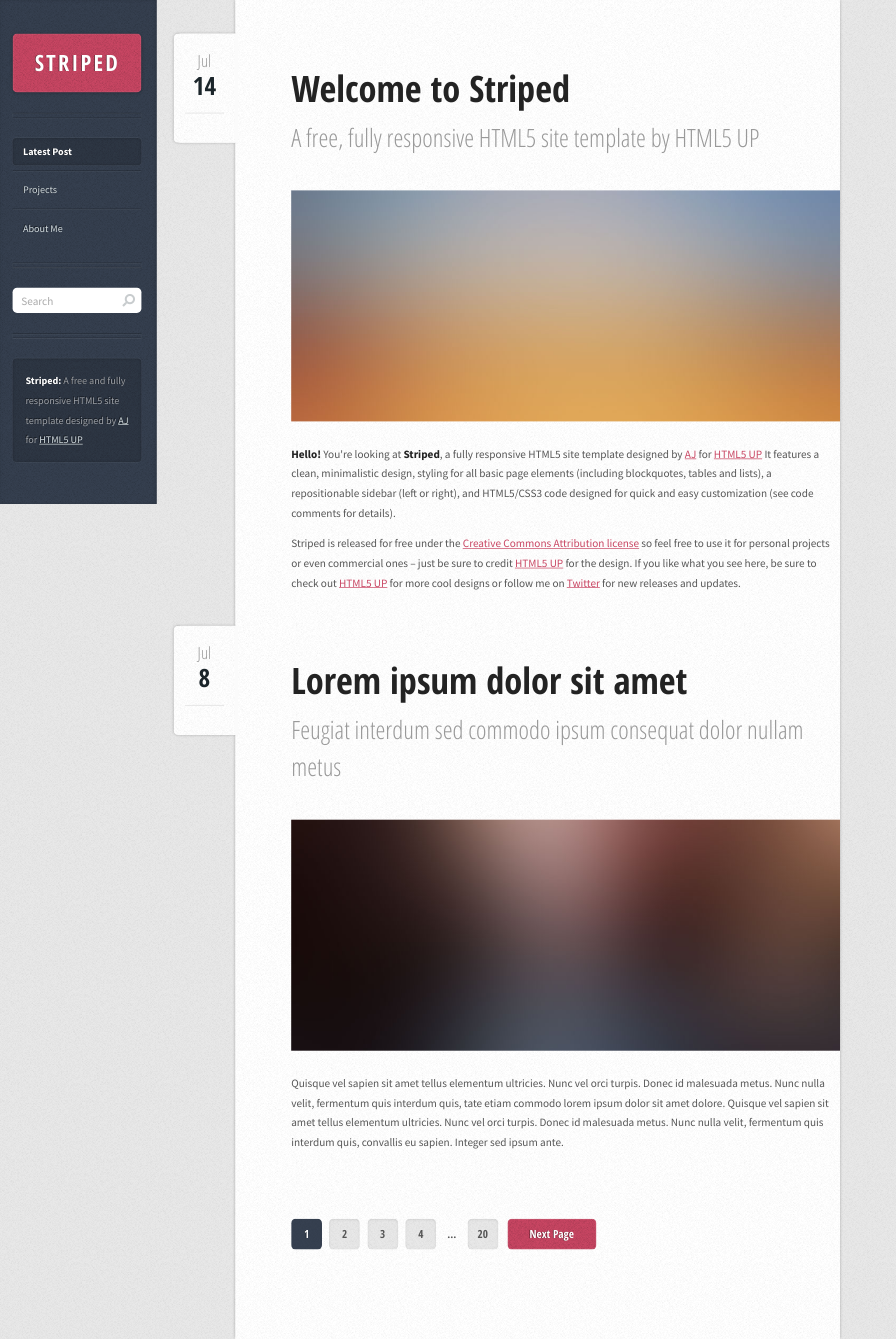
Repository: PiKesi522/PiKesi522.github.io
Page: index.html
An editor plug-in stored every save of this project. The page is shown before and after the next save, followed by the edit.
The browser window is 1280 px wide. The pictures show the whole page, at 70% of full size.

Above is the page before, as saved 2023-04-10 19:28:01.

After the next save:
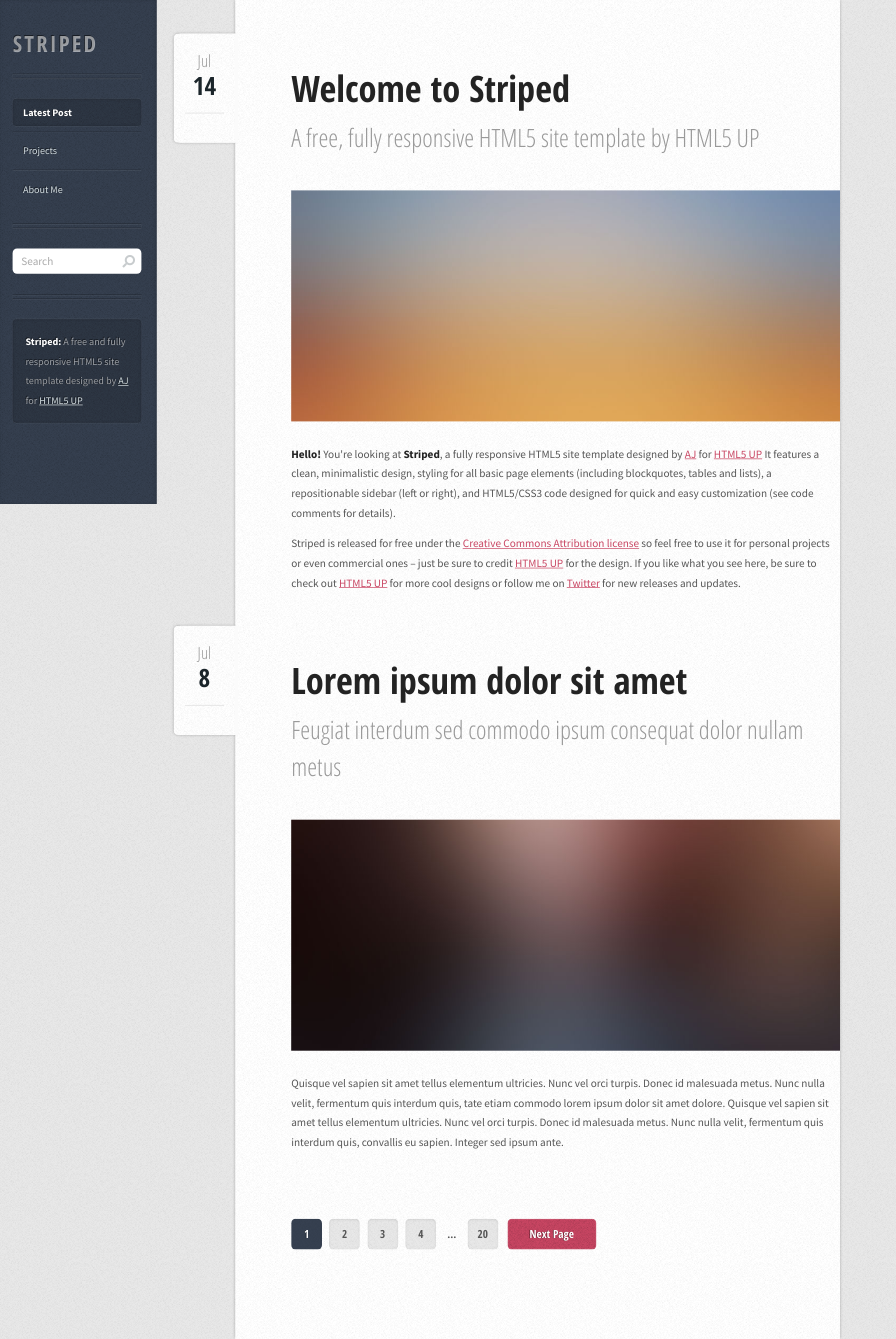
Saved 9 min 57 s later.
--- a/index.html
+++ b/index.html
@@ -111,7 +111,7 @@
 			<div id="sidebar">
 
 				<!-- Logo -->
-					<h1 id="logo"><a href="#">STRIPED</a></h1>
+					<h1 id="logo">STRIPED</h1>
 
 				<!-- Nav -->
 					<nav id="nav">

After the save that followed:
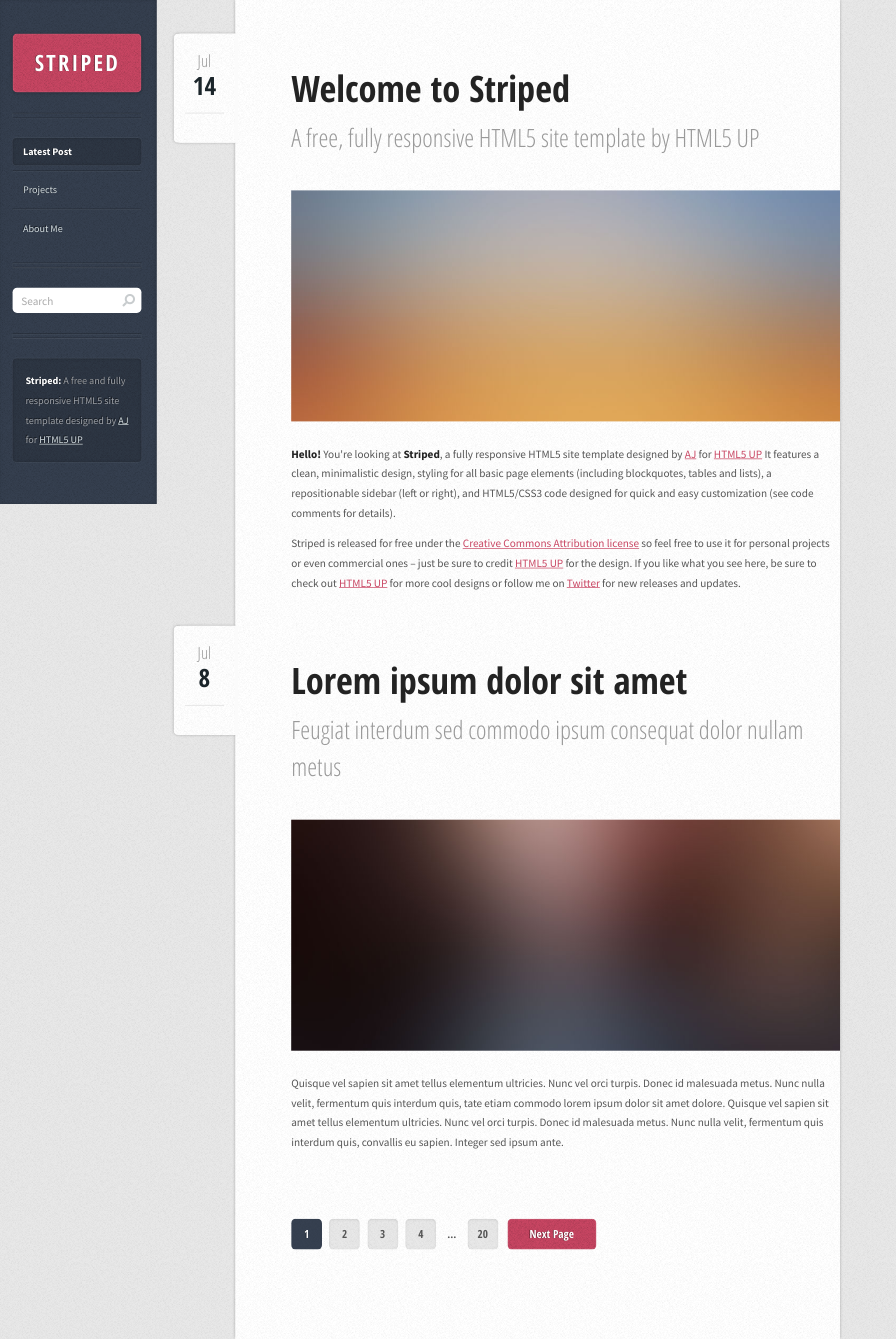
Saved 4 s later.
--- a/index.html
+++ b/index.html
@@ -111,7 +111,7 @@
 			<div id="sidebar">
 
 				<!-- Logo -->
-					<h1 id="logo">STRIPED</h1>
+					<h1 id="logo"><a href="#">STRIPED</a></h1>
 
 				<!-- Nav -->
 					<nav id="nav">
